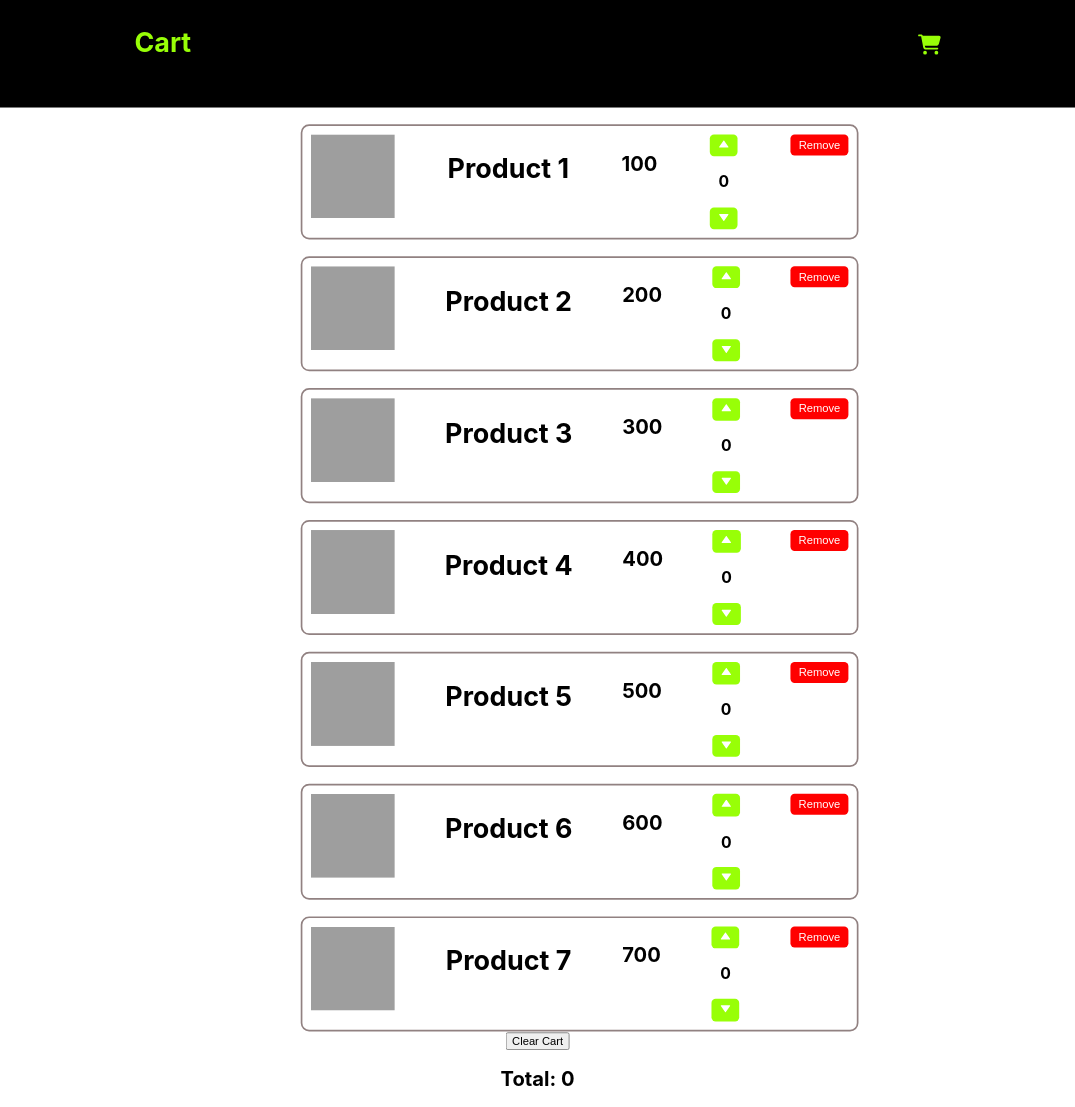
Repository: sriram1224/Cart-react-app
Page: /
The author's editor kept a copy of each file at every save. The page is drawn from the files as they stood at one save, then again after the next save.
The browser window is 1280 px wide. The pictures show the whole page, at 84% of full size.
Pictures or frames that could not be fetched are drawn as grey boxes. The project was rebuilt for these pictures with package versions that can differ from the ones it lists, and the page was loaded fresh each time.

Above is the page before, as saved 2024-03-12 22:09:26.

After the next save:
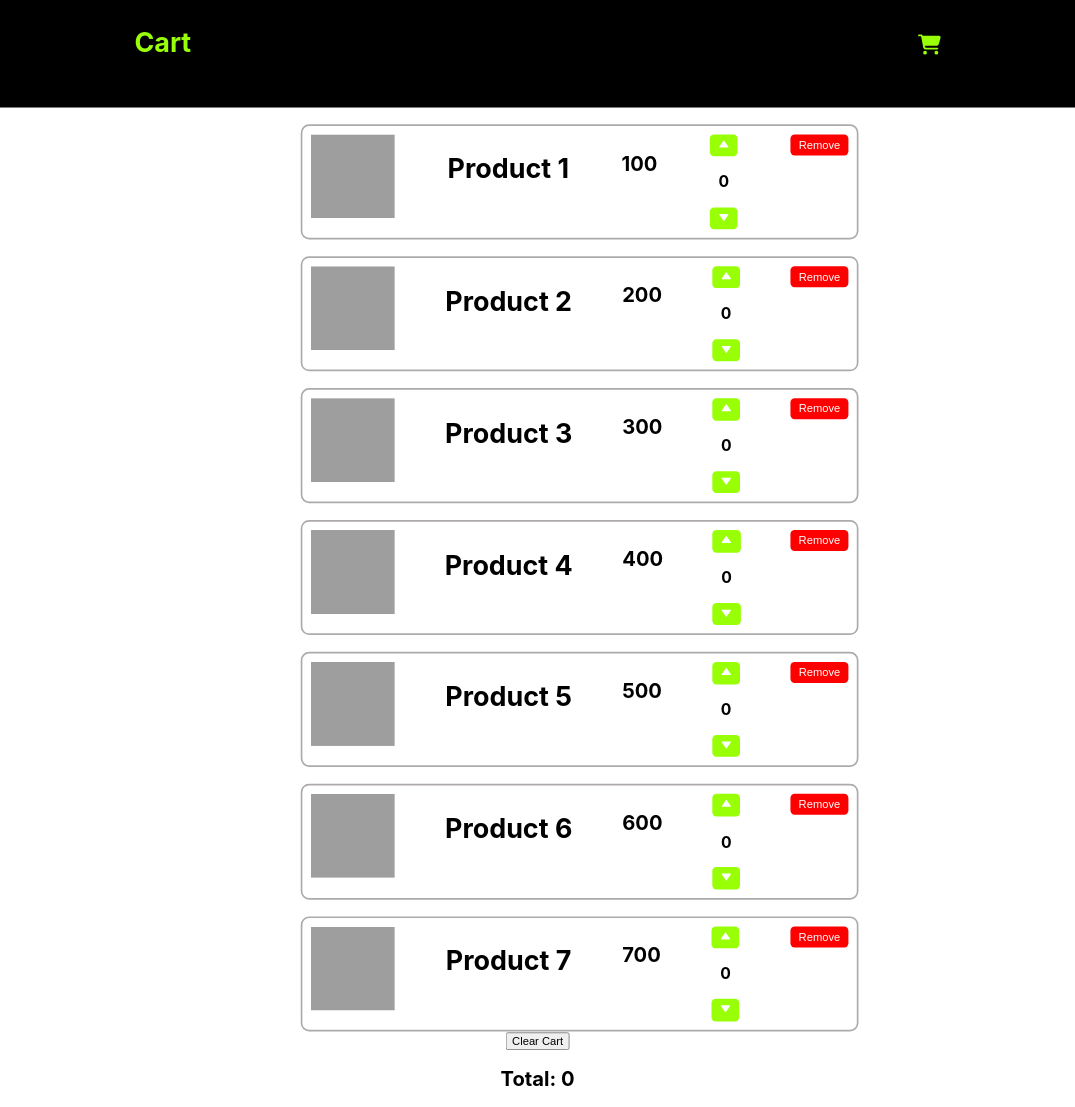
Saved 5 s later.
--- a/src/Components/cart.css
+++ b/src/Components/cart.css
@@ -7,7 +7,7 @@
     left: 28%;
     text-align: center;
     margin-top: 20px;
-    border: 2px solid rgb(145, 129, 129);
+    border: 2px solid rgb(174, 170, 170);
     padding: 10px;
     border-radius: 10px;
 }
